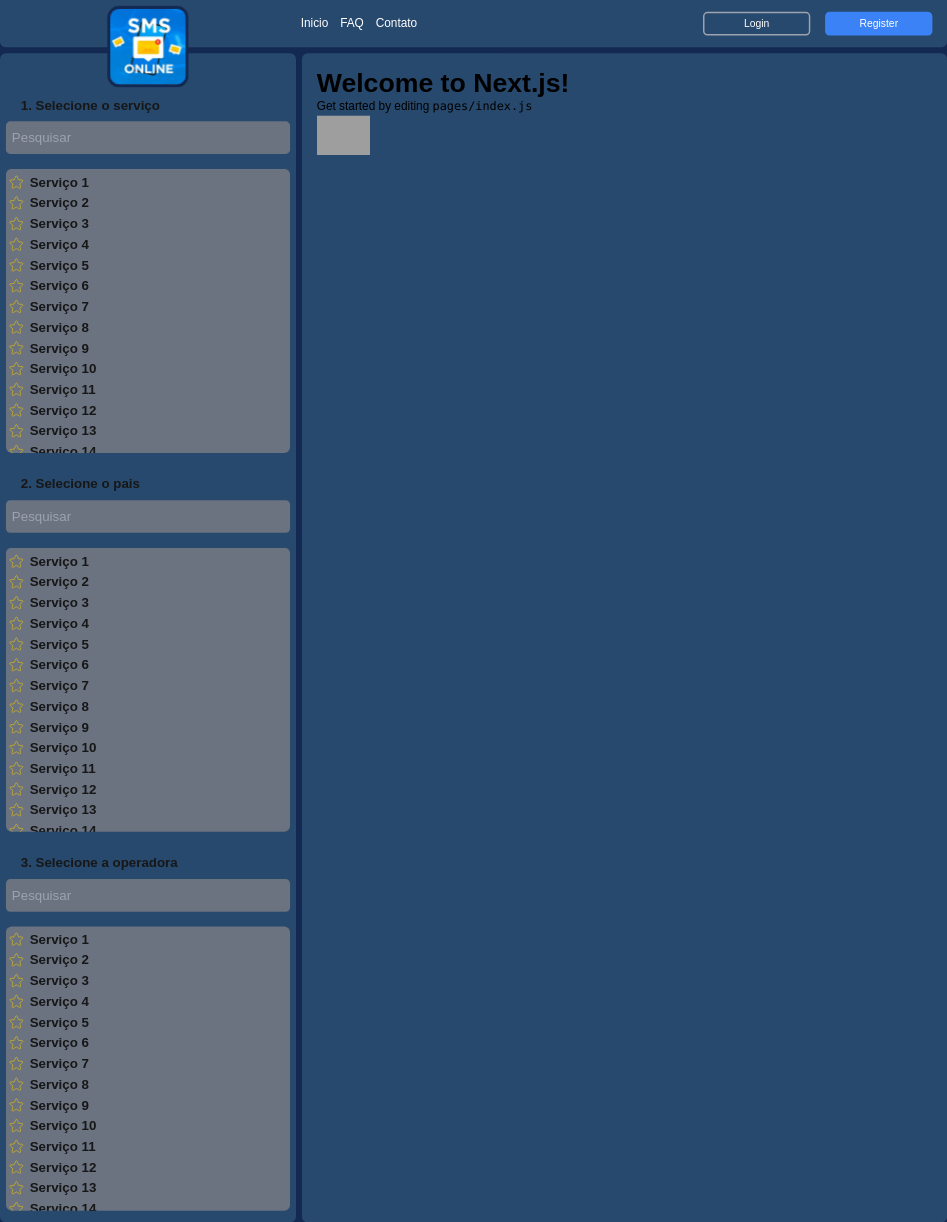
Repository: Felipe-Henrique-Dev/-DIOGO-SMS
Page: /
An editor plug-in stored every save of this project. The page is shown before and after the next save, followed by the edit.
The browser window is 1280 px wide. The pictures show the whole page, at 74% of full size.
Pictures or frames that could not be fetched are drawn as grey boxes. The project was rebuilt for these pictures with package versions that can differ from the ones it lists, and the page was loaded fresh each time. The framework's server and built-in components were replaced by stand-ins that run in the browser. Also part of the build but not shown: next.config.ts.

Above is the page before, as saved 2024-12-16 22:32:05.

### src/app/layout.tsx
import type { Metadata } from "next";
import "./globals.css";
import Header from "@/components/main/Header";
import Main from "@/components/main/Main";
import WebApp from "@/components/main/WebApp";



export const metadata: Metadata = {
  title: "Create Next App",
  description: "Generated by create next app",
};

export default function RootLayout({
  children,
}: Readonly<{
  children: React.ReactNode;
}>) {
  return (
    <html lang="pt-br">
      <body className={`antialiased`}>
        <Header />
        <Main>
          <WebApp />
          {children}
        </Main>
      </body>
    </html>
  );
}

### src/app/page.tsx
import Section from "@/components/main/Section";
import Image from "next/image";

export default function Home() {
  return (
    <Section>
      <h1 className="text-4xl font-bold text-center">Welcome to Next.js!</h1>
      <p className="text-center">
        Get started by editing <code>pages/index.js</code>
      </p>
      <Image
        src="/vercel.svg"
        alt="Vercel Logo"
        width={72}
        height={16}
      />
    </Section>
  );
}

### src/app/globals.css
@tailwind base;
@tailwind components;
@tailwind utilities;

:root {
  --background: hsl(220, 60%, 20%);
  --background-secondary: hsl(211, 47%, 29%);
  --background-tertiary: hsl(0, 0%, 87%);
  --primary_text: hsl(0, 0%, 100%);
  --foreground: #171717;
  --color-primary: #000;
  --color-secondary: hsl(208, 98%, 43%);
}


body {
  color: var(--foreground);
  background: var(--background);
  font-family: Arial, Helvetica, sans-serif;
}

::-webkit-scrollbar {
  width: 8px;
  height: 10px;
}

::-webkit-scrollbar-track {
  background-color: var(--background);
}

::-webkit-scrollbar-thumb {
  background: var(--color-secondary);
  border-radius: 10px;
}

::-webkit-scrollbar-thumb:hover {
  background-color: var(--color-highlight-hover);
}

### src/components/main/Header.tsx
import React from "react";
import { Button } from "./Button";


export default function Header() {
  return (
    <header className="h-16 bg-background_secondary max-w-screen-2xl m-auto top-0 items-center justify-between  flex rounded-b-lg px-5 z-[99] ">
        <span className="text-white text-lg font-bold"></span>
        <nav className="flex gap-4">
            <a href="#" className="text-white">Inicio</a>
            <a href="#" className="text-white">FAQ</a>
            <a href="#" className="text-white">Contato</a>
        </nav>
        <div className="container flex justify-between items-center w-1/4 gap-5">
            <Button type="button" size="sm" className="text-white" isLoading={false} bgColor="none">Login</Button>
            <Button type="button" size="sm" className="text-white" isLoading={false} bgColor="primary">
                Register
            </Button>
        </div>
    </header>
  );
}

### src/components/main/Main.tsx
import React from "react";

export default function Main({
  children,
}: Readonly<{
  children: React.ReactNode;
}>) {
  return (
    <main className="container max-w-screen-2xl mx-auto flex pt-2 gap-2 ">
      {children}
    </main>
  );
}

### src/components/main/WebApp.tsx
'use client'
import React from "react";
import { Input } from "./Input";
import { useForm } from "react-hook-form"
import Image from "next/image";
export default function WebApp() {
  const [selectService, setSelectService] = React.useState<{ title: string; valor: number; numberDispobilize: number; id: string } | null>(null);
  const [selectCountry, setSelectCountry] = React.useState<{ title: string; valor: number; numberDispobilize: number; id: string } | null>(null);
  const [selectOperator, setSelectOperator] = React.useState<{ title: string; valor: number; numberDispobilize: number; id: string } | null>(null);

  return (
    <aside className="min-w-[25rem] min-h-[90svh] bg-background_secondary text-pri sticky left-0 top-[4.5rem] rounded-lg flex flex-col p-2 gap-5  pt-14 z-[999]">
      <Image src="/logo.webp" alt="Logo" width={110} height={110} className="rounded-2xl absolute -top-16 transform -translate-x-1/2 left-1/2 z-[99] border-4 border-background " />
      <Container subTitle="1. Selecione o serviço" list={list} select={selectService} setSelect={setSelectService} />
      <Container subTitle="2. Selecione o pais" list={list} select={selectCountry} setSelect={setSelectCountry} />
      <Container subTitle="3. Selecione a operadora" list={list} select={selectOperator} setSelect={setSelectOperator} />
    </aside>
  );
}


const Container = ({
  list,
  subTitle,
  select,
  setSelect
}: {
  subTitle: string;
  select?: { title: string; valor: number; numberDispobilize: number; id: string } | null;
  setSelect: React.Dispatch<React.SetStateAction<{ title: string; valor: number; numberDispobilize: number; id: string } | null>>;
  list: { title: string; valor: number; numberDispobilize: number; id: string }[];
}) => {
  const { register, watch } = useForm();
  const filter = (watch("filter") || "").toLowerCase();
  const [favorites, setFavorites] = React.useState<string[]>([]);
  const [loading, setLoading] = React.useState<boolean>(true);

  React.useEffect(() => {
    const storedFavorites = JSON.parse(localStorage.getItem("favorites") || "[]");
    setFavorites(storedFavorites);
    setLoading(false);
  }, []);

  const setFavoriteInStorage = (item: string) => {
    const newFavorites = favorites.includes(item)
      ? favorites.filter(favorite => favorite !== item)
      : [...favorites, item];

    setFavorites(newFavorites);
    localStorage.setItem("favorites", JSON.stringify(newFavorites));
  };

  // Primeiro filtrar e ordenar a lista antes do map
  const filteredAndSortedList = React.useMemo(() => {
    return list
      .filter(item => item.title.toLowerCase().includes(filter))
      .sort((a, b) => {
        const aFav = favorites.includes(a.id);
        const bFav = favorites.includes(b.id);
        if (aFav && !bFav) return -1;
        if (!aFav && bFav) return 1;
        return 0;
      });
  }, [list, filter, favorites]);

  if (loading) return <div>Carregando...</div>;

  return (
    <div className="flex flex-col gap-2  ">
      <span className="text-lg font-bold w-full text-start px-5">{subTitle}</span>
      {
        select ?
          <div className="flex w-full bg-slate-300 rounded-lg h-10 items-center justify-start px-5 gap-5 ">
            <button onClick={() => setSelect(null)} className="flex items-center justify-center gap-2 h-8 min-w-8 rounded-xl border-red-500 border-[1px] text-black">X</button>
            <span className="text-lg font-bold min-w-8 h-8 rounded-full text-center bg-white ">I</span>
            <span className="text-lg font-bold w-auto text-center">{select.title}</span>
          </div>
        :
        <>
          <Input type="text" placeholder="Pesquisar" size="lg" register={register("filter")} />
          <div className="h-96 bg-gray-500 w-full my-2 overflow-x-auto scroll-smooth rounded-lg p-1 ">
            {filteredAndSortedList.map((item) => (
              <div className="w-full flex items-center justify-start gap-2" key={item.id}>
                <Stars
                  stars={favorites.includes(item.id)}
                  setFavorite={() => setFavoriteInStorage(item.id)}
                />
                <button className="flex flex-col" onClick={() => setSelect(item)}>
                  <span className="text-lg font-bold w-full text-center">{item.title}</span>
                </button>
              </div>
            ))}
          </div>
        </>
      }
    </div>
  );
};



const list = [
  {
    id: "1",
    title: "Serviço 1",
    valor: 10.00,
    numberDispobilize: 6000,
  },
  {
    id: "2",
    title: "Serviço 2",
    valor: 20.00,
    numberDispobilize: 5000,
  },
  {
    id: "3",
    title: "Serviço 3",
    valor: 30.00,
    numberDispobilize: 4000,
  },
  {
    id: "4",
    title: "Serviço 4",
    valor: 40.00,
    numberDispobilize: 3000,
  },
  {
    id: "5",
    title: "Serviço 5",
    valor: 50.00,
    numberDispobilize: 2000,
  },
  {
    id: "6",
    title: "Serviço 6",
    valor: 60.00,
    numberDispobilize: 1000,
  },
  {
    id: "7",
    title: "Serviço 7",
    valor: 70.00,
    numberDispobilize: 900,
  },
  {
    id: "8",
    title: "Serviço 8",
    valor: 80.00,
    numberDispobilize: 800,
  },
  {
    id: "9",
    title: "Serviço 9",
    valor: 90.00,
    numberDispobilize: 700,
  },
  {
    id: "10",
    title: "Serviço 10",
    valor: 100.00,
    numberDispobilize: 600,
  },
  {
    id: "11",
    title: "Serviço 11",
    valor: 110.00,
    numberDispobilize: 500,
  },
  {
    id: "12",
    title: "Serviço 12",
    valor: 120.00,
    numberDispobilize: 400,
  },
  {
    id: "13",
    title: "Serviço 13",
    valor: 130.00,
    numberDispobilize: 300,
  },
  {
    id: "14",
    title: "Serviço 14",
    valor: 140.00,
    numberDispobilize: 200,
  },
  {
    id: "15",
    title: "Serviço 15",
    valor: 150.00,
    numberDispobilize: 100,
  }
];

const Stars = ({stars, setFavorite} : {stars: boolean, setFavorite: () => void}) => {
  return (
      <>
          {
              !stars?
              <svg width="20" height="20" viewBox="0 0 13 12" fill="none" xmlns="http://www.w3.org/2000/svg" onClick={setFavorite} className="cursor-pointer" >
                  <path d="M6.49956 9.51326L9.26623 11.1866C9.77289 11.4933 10.3929 11.0399 10.2596 10.4666L9.52623 7.31992L11.9729 5.19993C12.4196 4.81326 12.1796 4.07993 11.5929 4.03326L8.37289 3.75993L7.11289 0.786592C6.88623 0.246592 6.11289 0.246592 5.88623 0.786592L4.62623 3.75326L1.40623 4.02659C0.81956 4.07326 0.57956 4.80659 1.02623 5.19326L3.47289 7.31326L2.73956 10.4599C2.60623 11.0333 3.22623 11.4866 3.73289 11.1799L6.49956 9.51326Z" fill="none" stroke="#EFC900" strokeWidth="0.5"/>
              </svg>
              :
              <svg width="20" height="20" viewBox="0 0 13 12" fill="none" xmlns="http://www.w3.org/2000/svg" onClick={setFavorite} className="cursor-pointer">
                  <path d="M6.49956 9.51326L9.26623 11.1866C9.77289 11.4933 10.3929 11.0399 10.2596 10.4666L9.52623 7.31992L11.9729 5.19993C12.4196 4.81326 12.1796 4.07993 11.5929 4.03326L8.37289 3.75993L7.11289 0.786592C6.88623 0.246592 6.11289 0.246592 5.88623 0.786592L4.62623 3.75326L1.40623 4.02659C0.81956 4.07326 0.57956 4.80659 1.02623 5.19326L3.47289 7.31326L2.73956 10.4599C2.60623 11.0333 3.22623 11.4866 3.73289 11.1799L6.49956 9.51326Z" fill="#EFC900"/>
              </svg>
          }
      </>
  );
}

### src/components/main/Section.tsx
import { cn } from "@/lib/utils";
import React from "react";

export default function Section({
  children,
  className
}: Readonly<{
  children: React.ReactNode;
  className?: string;
}>) {
  return (
    <section className={cn(
      "p-5 flex flex-col min-h-[90svh] bg-background_secondary w-full text-black items-start justify-start rounded-lg ",
      className
    )}>
      {children}
    </section>
  );
}

### src/components/main/Button.tsx
/* eslint-disable @typescript-eslint/no-explicit-any */
import { cn } from "@/lib/utils";
import React from "react";

export const Button = ({
    className,
    size = "md",
    onClick,
    children,
    type,
    isLoading,
    bgColor = "primary",
}:{
    type: 'button' | 'submit' | 'reset';
    onClick?: (event: React.MouseEvent<HTMLButtonElement>) => void;
    className?: string;
    children: React.ReactNode;
    size?: "sm" | "md" | "lg";
    isLoading: boolean;
    bgColor?: "primary" | "secondary" | "danger" | "none";
}) => {

    const sizes = {
        sm: "w-1/2 h-8 text-sm",
        md: "w-3/4 h-10 text-base",
        lg: "w-full h-14 text-lg",
    };

    const bgColors = {
        primary: "bg-blue-500 text-white",
        secondary: "bg-gray-500 text-white",
        danger: "bg-red-500 text-white",
        none: "bg-transparent text-black border-gray-400 border-2 "
    };

    return (
        <button
            type={type}
            onClick={onClick}
            className={cn(
                "p-2 rounded-md relative flex items-center justify-center",
                bgColors[bgColor],
                sizes[size],
                className
            )}
            disabled={isLoading}
        >
            {
                isLoading ? loading() : children
            }
        </button>
    );
}


const loading = () => {
    return (
        <div className="absolute inset-0 bg-gray-300 bg-opacity-50 flex items-center justify-center">
            <div className="animate-spin rounded-full h-12 w-12 border-t-2 border-b-2 border-gray-900"></div>
        </div>
    );
}

### src/components/main/Input.tsx
/* eslint-disable @typescript-eslint/no-unused-vars */
/* eslint-disable @typescript-eslint/no-explicit-any */
import { cn } from "@/lib/utils";
import React from "react";

export const Input = ({
    type,
    placeholder,
    classNameSpan,
    classNameLabel,
    classNameInput,
    label,
    size = "md",
    icon,
    register,
    bgColor = "secondary",
    labelIsHidden = false,
    name
}:{
    type: 'text' | 'password' | 'email';
    placeholder: string;
    classNameSpan?: string;
    classNameLabel?: string;
    classNameInput?: string;
    size?: "sm" | "md" | "lg";
    icon?: React.ReactNode;
    register?: any;
    label?: string;
    bgColor?: "primary" | "secondary" | "danger" | "none";
    labelIsHidden?: boolean;
    name?: string;
}) => {

    const sizes = {
        sm: "w-1/2 h-8 text-sm",
        md: "w-3/4 h-10 text-base",
        lg: "w-full h-12 text-lg",
    };

    const bgColors = {
        primary: "bg-blue-500 text-white",
        secondary: "bg-gray-500 text-white",
        danger: "bg-red-500 text-white",
        none: "bg-transparent text-black border-gray-300 border-2"
    };


    return (
        <span className={cn(
                "relative flex flex-col",
                sizes[size],
                classNameSpan,
        )}>
            {
                labelIsHidden &&
                <label className={cn(
                    classNameLabel
                )} >
                    {label}
                </label>
            }
            <input
                type={type}
                placeholder={placeholder}
                {...register}
                className={cn(
                    "p-2 rounded-md relative w-full",
                    classNameInput,
                    bgColors[bgColor]
                )}
            />
            {icon}
        </span>

    );
}

### tailwind.config.ts
import type { Config } from "tailwindcss";

export default {
  content: [
    "./src/pages/**/*.{js,ts,jsx,tsx,mdx}",
    "./src/components/**/*.{js,ts,jsx,tsx,mdx}",
    "./src/app/**/*.{js,ts,jsx,tsx,mdx}",
  ],
  theme: {
    extend: {
      colors: {
        background: "var(--background)",
        foreground: "var(--foreground)",
        background_secondary: "var(--background-secondary)",
        primary: "var(--primary)",
      },
      background : {
        background: "var(--background)",
        background_secondary: "var(--background-secondary)",
        foreground: "var(--foreground)",
      },
    },
  },
  plugins: [],
} satisfies Config;

Loaded but not shown: src/lib/utils.ts (common file)

After the next save:
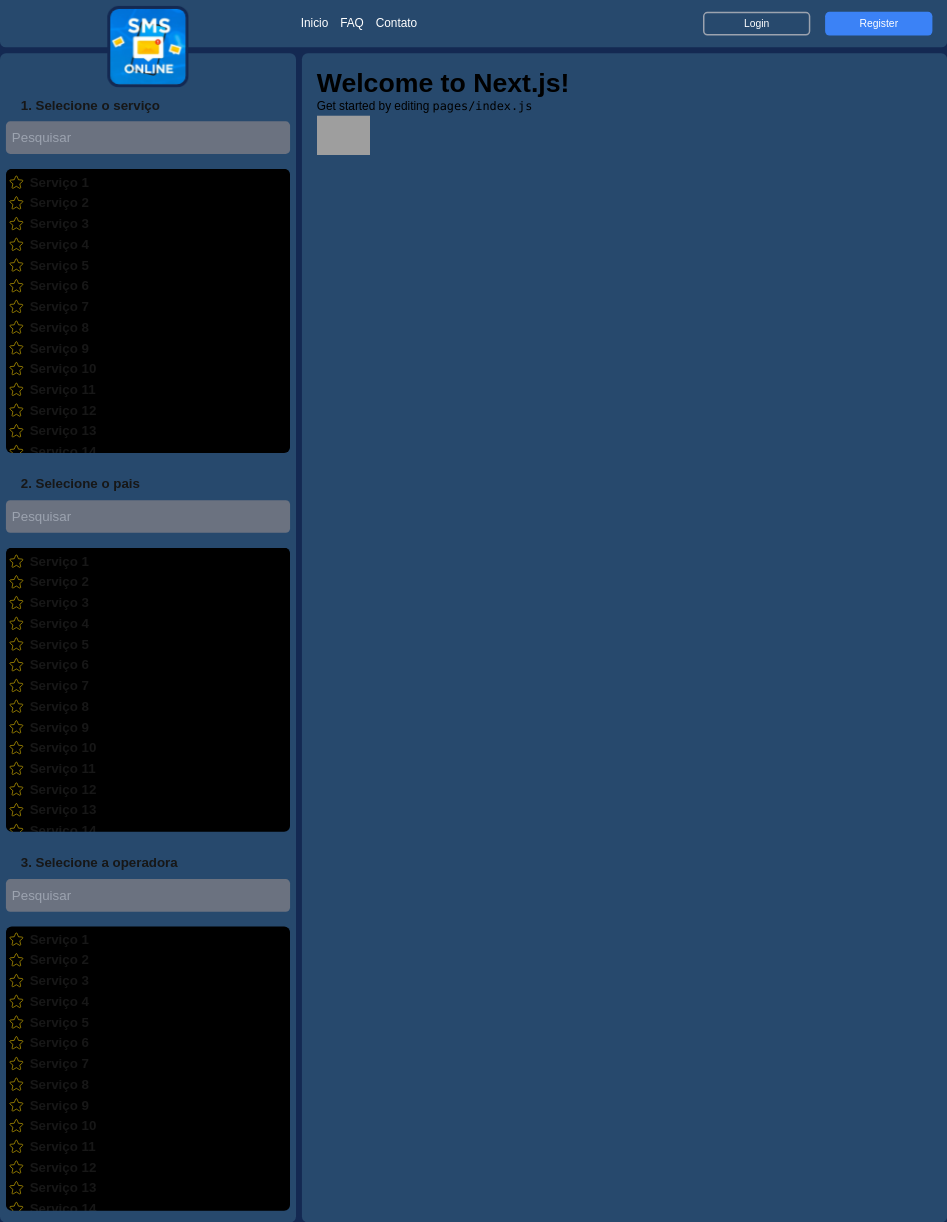
Saved 8 s later.
--- a/src/components/main/WebApp.tsx
+++ b/src/components/main/WebApp.tsx
@@ -78,7 +78,7 @@ const Container = ({
         :
         <>
           <Input type="text" placeholder="Pesquisar" size="lg" register={register("filter")} />
-          <div className="h-96 bg-gray-500 w-full my-2 overflow-x-auto scroll-smooth rounded-lg p-1 ">
+          <div className="h-96 bg-black w-full my-2 overflow-x-auto scroll-smooth rounded-lg p-1 ">
             {filteredAndSortedList.map((item) => (
               <div className="w-full flex items-center justify-start gap-2" key={item.id}>
                 <Stars
